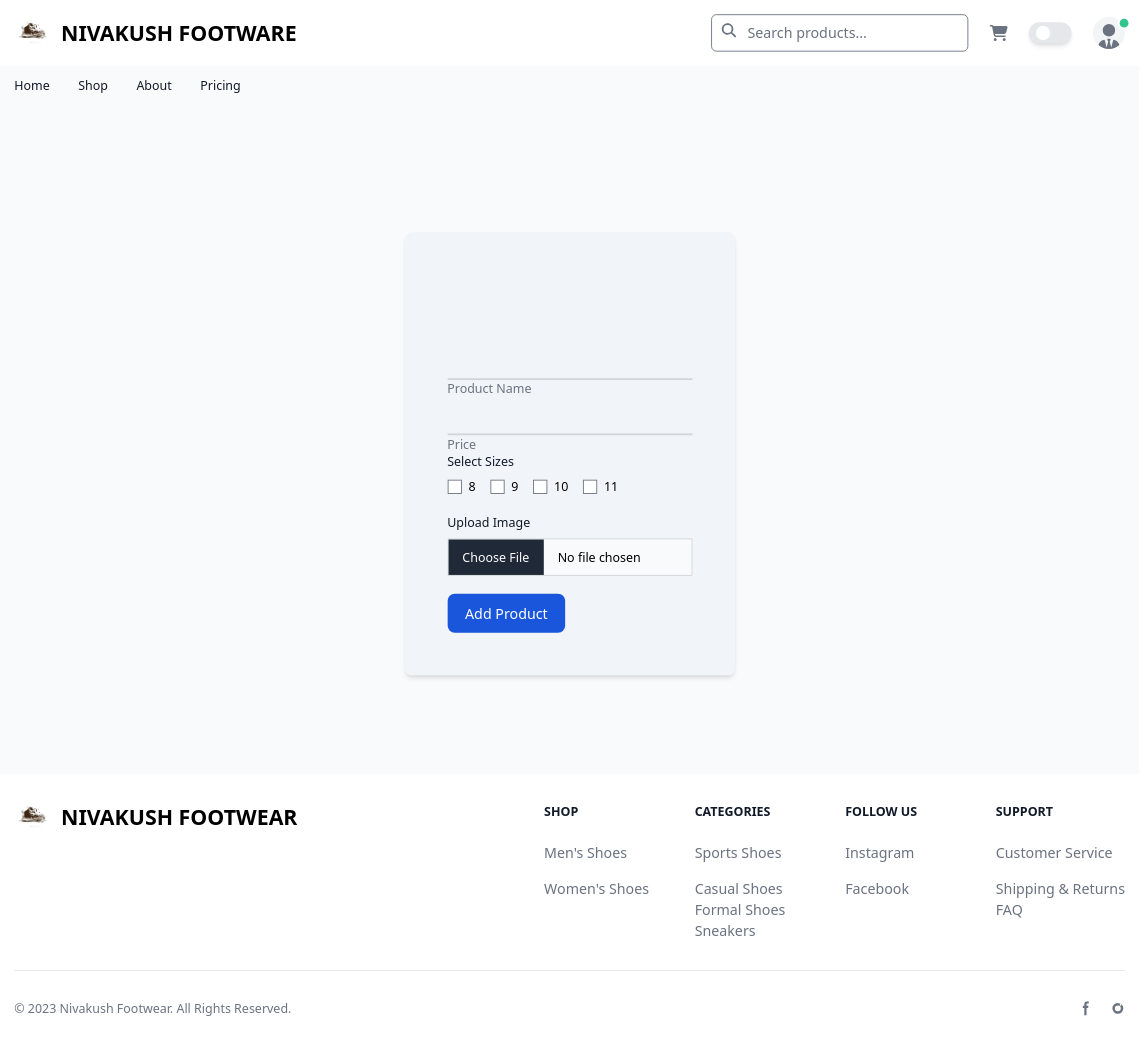
Repository: sibi24sibi/shoe-ecommerce
Page: /admin
The author's editor kept a copy of each file at every save. The page is drawn from the files as they stood at one save, then again after the next save.
The browser window is 1280 px wide. The pictures show the whole page, at 89% of full size.
Some web fonts or font styles are not loaded; a fallback is used. Some web libraries are served in a nearby version. The project was rebuilt for these pictures with package versions that can differ from the ones it lists, and the page was loaded fresh each time. Also part of the build but not shown: vite.config.js, src/Payment.jsx, src/Components/Products.jsx, src/Components/Carosel.jsx, src/Prod-page.jsx, src/Cart-page.jsx, src/ProductInfo.jsx, src/Aboutus.jsx and 3 more.

Above is the page before, as saved 2024-09-12 12:19:27.

### index.html
<!doctype html>
<html lang="en">
  <head>
    <meta charset="UTF-8" />
    <link rel="icon" type="image/svg+xml" href="/vite.svg" />
    <meta name="viewport" content="width=device-width, initial-scale=1.0" />
    <title>Vite + React</title>
    <script src="https://cdn.jsdelivr.net/npm/flowbite@2.5.1/dist/flowbite.min.js"></script>
    <link href="https://cdn.jsdelivr.net/npm/flowbite@2.5.1/dist/flowbite.min.css" rel="stylesheet" />
  </head>
  <body>
    <div id="root"></div>

    <script defer src="https://cdn.jsdelivr.net/npm/alpinejs@3.x.x/dist/cdn.min.js"></script>
    <script type="module" src="/src/main.jsx"></script>
  </body>
</html>

### src/main.jsx
import { StrictMode } from "react";
import { createRoot } from "react-dom/client";
import App from "./App.jsx";
import "./index.css";
import { BrowserRouter } from "react-router-dom";
import ShopContextProvider from "./Context/ShopContext.jsx";

createRoot(document.getElementById("root")).render(
  <BrowserRouter>
    <ShopContextProvider>
      <App />
    </ShopContextProvider>
  </BrowserRouter>
);

### src/App.jsx
import { Route, Routes } from "react-router-dom";
import "./App.css";
import { ToastContainer, toast } from "react-toastify";
import "react-toastify/dist/ReactToastify.css";
import Payment from "./Payment";
import Prodpage from "./Prod-page";
import NavBar from "./Components/NavBar";
import Footer from "./Components/Footer";

import Cartpage from "./Cart-page";
import ProductInfo from "./ProductInfo";
import About from "./Aboutus";
import Pricing from "./Pricing";
import Shop from "./Shop";
import AdminLogin from "./AdminLogin";
import Admin from "./Adminpage";
import ScrollToTop from "./ScrollToTop";

function App() {
  return (
    <>
      <div className="bg-slate-50 dark:bg-slate-950">
        <ToastContainer />

        <NavBar />
        <div className="  mx-auto md:max-w-screen-xl  max-w-screen-sm ">
          <ScrollToTop />
          <Routes>
            <Route path="/" element={<Prodpage />} />
            <Route
              path="/productInfo/:productInfoId"
              element={<ProductInfo />}
            />
            <Route path="/cart" element={<Cartpage />} />

            <Route path="/payment" element={<Payment />} />
            <Route path="/about" element={<About />} />
            <Route path="/pricing" element={<Pricing />} />
            <Route path="/shop" element={<Shop />} />
            <Route path="/login" element={<AdminLogin />} />
            <Route path="/admin" element={<Admin />} />
          </Routes>
        </div>
        <Footer />
      </div>
    </>
  );
}

export default App;

### src/Context/ShopContext.jsx
import React, { createContext, useState, useEffect } from "react";
import { productsdData } from "../assets/assets";
import { toast } from "react-toastify";

export const ShopContext = createContext();

const ShopContextProvider = (props) => {
  const [products, setProducts] = useState(productsdData);
  const [cartItems, setCartItems] = useState(() => {
    const savedCart = localStorage.getItem("cartItems");
    return savedCart ? JSON.parse(savedCart) : {};
  });

  useEffect(() => {
    localStorage.setItem("cartItems", JSON.stringify(cartItems));
  }, [cartItems]);

  useEffect(() => {
    localStorage.setItem("products", JSON.stringify(products));
  }, [products]);

  const addToCart = (itemId, size) => {
    if (!size) {
      toast.error("Select product size");
      return;
    }

    let cartData = structuredClone(cartItems);
    if (cartData[itemId]) {
      if (cartData[itemId][size]) {
        cartData[itemId][size] += 1;
      } else {
        cartData[itemId][size] = 1;
      }
    } else {
      cartData[itemId] = { [size]: 1 };
    }

    setCartItems(cartData);
    toast.success("Added to cart");
  };

  const addNewProduct = (newProduct) => {
    setProducts((prevProducts) => [...prevProducts, newProduct]);
    toast.success("New product added!");
  };

  const incrementQuantity = (itemId, size) => {
    let cartData = structuredClone(cartItems);
    if (cartData[itemId]) {
      if (cartData[itemId][size]) {
        cartData[itemId][size] += 1;
      } else {
        cartData[itemId][size] = 1;
      }
      setCartItems(cartData);
    }
  };

  const decrementQuantity = (itemId, size) => {
    let cartData = structuredClone(cartItems);
    if (cartData[itemId] && cartData[itemId][size]) {
      if (cartData[itemId][size] > 1) {
        cartData[itemId][size] -= 1;
      } else {
        delete cartData[itemId][size];
        if (Object.keys(cartData[itemId]).length === 0) {
          delete cartData[itemId];
        }
      }
      setCartItems(cartData);
    }
  };

  const deleteItem = (itemId, size) => {
    let cartData = structuredClone(cartItems);
    if (cartData[itemId] && cartData[itemId][size]) {
      delete cartData[itemId][size];
      if (Object.keys(cartData[itemId]).length === 0) {
        delete cartData[itemId];
      }
      setCartItems(cartData);
    }
  };

  const getCartCount = () => {
    let totalCount = 0;
    for (const item in cartItems) {
      for (const size in cartItems[item]) {
        totalCount += cartItems[item][size];
      }
    }
    return totalCount;
  };

  return (
    <ShopContext.Provider
      value={{
        products,
        cartItems,
        addToCart,
        addNewProduct,
        incrementQuantity,
        decrementQuantity,
        deleteItem,
        getCartCount,
      }}
    >
      {props.children}
    </ShopContext.Provider>
  );
};

export default ShopContextProvider;

### src/App.css
@import url('https://fonts.googleapis.com/css2?family=Playwrite+CU:wght@100..400&family=Unlock&display=swap');
.sticky-top {
    position: -webkit-sticky;
    position: sticky;
    top: 0;
    z-index: 1020;
}



.carosel-caption {
  font-family: "Unlock", serif;
  font-weight: 100;
  font-style: normal;
  letter-spacing:2px;
}

@media (max-width: 768px) {
    .Toastify__toast-container {
      top: auto !important;
      bottom: 0 !important;

    }
  }

### src/Components/NavBar.jsx
import { useState, useEffect, useContext } from "react";
import { FontAwesomeIcon } from "@fortawesome/react-fontawesome";
import {
  faCartShopping,
  faMoon,
  faSun,
  faSearch,
  faUserTie,
  faUser,
} from "@fortawesome/free-solid-svg-icons";
import { NavLink } from "react-router-dom";
import { assets } from "../assets/assets";
import { ShopContext } from "../Context/ShopContext";

function NavBar() {
  const [darkTheme, setDarkTheme] = useState(false);

  useEffect(() => {
    if (darkTheme) {
      document.documentElement.classList.add("dark");
    } else {
      document.documentElement.classList.remove("dark");
    }
  }, [darkTheme]);

  const toggleTheme = () => {
    setDarkTheme((prevTheme) => !prevTheme);
  };

  const { getCartCount } = useContext(ShopContext);

  return (
    <div className="mb-8 sticky-top">
      {/* Top Navbar */}
      <nav className="bg-white border-gray-200 dark:bg-gray-900">
        <div className="flex flex-wrap justify-between items-center mx-auto max-w-screen-2xl p-4">
          <a
            href="#"
            className="flex items-center space-x-3 rtl:space-x-reverse"
          >
            <img src={assets.Logo} className="h-8" alt="Shop Logo" />
            <span className="self-center text-xs/[0.2555rem] uppercase md:text-2xl    md:font-semibold  font-normal whitespace-nowrap dark:text-white">
              Nivakush Footware
            </span>
          </a>
          <div className="flex items-center space-x-6 rtl:space-x-reverse">
            {/* Search Bar */}
            <div className="relative hidden sm:block">
              <input
                type="text"
                placeholder="Search products..."
                className="pl-10 pr-4 py-2 border rounded-md dark:bg-gray-800 dark:text-white"
              />
              <FontAwesomeIcon
                icon={faSearch}
                className="absolute left-3 top-2.5 text-gray-500 dark:text-gray-400"
              />
            </div>

            <NavLink
              to="/cart"
              className="    text-gray-500 dark:text-white hover:underline relative"
            >
              <div className="flex items-center relative">
                <FontAwesomeIcon
                  icon={faCartShopping}
                  className=" text-sm md:text-lg"
                />
                {getCartCount() > 0 && (
                  <span className="absolute -top-1 -right-2 bg-red-500 text-white text-xs rounded-full w-4 h-4 flex items-center justify-center">
                    {getCartCount()}
                  </span>
                )}
              </div>
            </NavLink>

            <button
              onClick={toggleTheme}
              className="relative inline-flex items-center  text-sm md:text-lg p-1 bg-gray-200 dark:bg-gray-600 rounded-full md:w-12 md:h-6 w-6   h-3 transition-colors duration-300 focus:outline-none shadow-md"
            >
              <span
                className={`absolute inline-block md:w-4 md:h-4 w-2 h-2 bg-white dark:bg-gray-300 rounded-full transition-transform transform ${
                  darkTheme
                    ? "translate-x-3 md:translate-x-6"
                    : "translate-x-0 md:translate-x-1"
                }`}
              />
              <span className="sr-only">Toggle Theme</span>
            </button>

            <NavLink
              to="/login "
              className="text-sm text-gray-500   md:text-lg dark:text-white hover:underline"
            >
              <div className="relative">
                <div className="relative md:w-9 md:h-9 w-5  h-5 text-center overflow-hidden bg-gray-100 rounded-full dark:bg-gray-600">
                  <FontAwesomeIcon
                    icon={faUserTie}
                    className=" md:w-7 md:h-7   translate-y-[0.15rem] md:translate-y-2"
                  />
                </div>
                <span className="top-0 left-4 absolute   w-2 h-2 bg-green-400 border-2 border-white dark:border-gray-800  block md:hidden rounded-full"></span>
                <span className="top-0 left-7 absolute  w-3.5 h-3.5 bg-green-400 border-2 border-white dark:border-gray-800  hidden md:block rounded-full"></span>
              </div>
            </NavLink>
          </div>
        </div>
      </nav>

      {/* Bottom Navbar */}
      <nav className="bg-gray-50 dark:bg-gray-700 sticky top-0 z-50">
        <div className="max-w-screen-xl px-4 py-3 mx-auto">
          <ul className="flex flex-row font-medium mt-0 space-x-8 rtl:space-x-reverse text-sm">
            <li>
              <NavLink
                to="/"
                className="text-gray-900 dark:text-white hover:underline"
                aria-current="page"
              >
                Home
              </NavLink>
            </li>
            <li>
              <NavLink
                to="/shop"
                className="text-gray-900 dark:text-white hover:underline"
              >
                Shop
              </NavLink>
            </li>
            <li>
              <NavLink
                to="/about"
                className="text-gray-900 dark:text-white hover:underline"
              >
                About
              </NavLink>
            </li>
            <li>
              <NavLink
                to="/pricing"
                className="text-gray-900 dark:text-white hover:underline"
              >
                Pricing
              </NavLink>
            </li>
          </ul>
        </div>
      </nav>
    </div>
  );
}

export default NavBar;

### src/Components/Footer.jsx
import React from "react";
import { assets } from "../assets/assets";

function Footer() {
  return (
    <>
      <footer className="bg-white dark:bg-gray-900">
        <div className="mx-auto w-full max-w-screen p-4 py-6 lg:py-8">
          <div className="md:flex md:justify-between">
            <div className="mb-6 md:mb-0">
              <a href="/" className="flex items-center">
                <img
                  src={assets.Logo}
                  className="h-8 me-3"
                  alt="Nivakush Logo"
                />
                <span className="self-center text-sm uppercase md:text-2xl font-semibold whitespace-nowrap dark:text-white">
                  Nivakush Footwear
                </span>
              </a>
            </div>
            <div className="grid grid-cols-2 gap-8 sm:gap-6 sm:grid-cols-4">
              <div>
                <h2 className="mb-6 text-sm font-semibold text-gray-900 uppercase dark:text-white">
                  Shop
                </h2>
                <ul className="text-gray-500 dark:text-gray-400 font-medium">
                  <li className="mb-4">
                    <a href="#" className="hover:underline">
                      Men's Shoes
                    </a>
                  </li>
                  <li>
                    <a href="#" className="hover:underline">
                      Women's Shoes
                    </a>
                  </li>
                </ul>
              </div>
              <div>
                <h2 className="mb-6 text-sm font-semibold text-gray-900 uppercase dark:text-white">
                  Categories
                </h2>
                <ul className="text-gray-500 dark:text-gray-400 font-medium">
                  <li className="mb-4">
                    <a href="#" className="hover:underline">
                      Sports Shoes
                    </a>
                  </li>
                  <li>
                    <a href="#" className="hover:underline">
                      Casual Shoes
                    </a>
                  </li>
                  <li>
                    <a href="#" className="hover:underline">
                      Formal Shoes
                    </a>
                  </li>
                  <li>
                    <a href="#" className="hover:underline">
                      Sneakers
                    </a>
                  </li>
                </ul>
              </div>
              <div>
                <h2 className="mb-6 text-sm font-semibold text-gray-900 uppercase dark:text-white">
                  Follow us
                </h2>
                <ul className="text-gray-500 dark:text-gray-400 font-medium">
                  <li className="mb-4">
                    <a href="#" className="hover:underline">
                      Instagram
                    </a>
                  </li>
                  <li>
                    <a href="#" className="hover:underline">
                      Facebook
                    </a>
                  </li>
                </ul>
              </div>

              <div>
                <h2 className="mb-6 text-sm font-semibold text-gray-900 uppercase dark:text-white">
                  Support
                </h2>
                <ul className="text-gray-500 dark:text-gray-400 font-medium">
                  <li className="mb-4">
                    <a href="#" className="hover:underline">
                      Customer Service
                    </a>
                  </li>
                  <li>
                    <a href="#" className="hover:underline">
                      Shipping & Returns
                    </a>
                  </li>
                  <li>
                    <a href="#" className="hover:underline">
                      FAQ
                    </a>
                  </li>
                </ul>
              </div>
            </div>
          </div>
          <hr className="my-6 border-gray-200 sm:mx-auto dark:border-gray-700 lg:my-8" />
          <div className="sm:flex sm:items-center sm:justify-between">
            <span className="text-sm text-gray-500 sm:text-center dark:text-gray-400">
              © 2023 Nivakush Footwear. All Rights Reserved.
            </span>
            <div className="flex mt-4 sm:justify-center sm:mt-0">
              <a
                href="#"
                className="text-gray-500 hover:text-gray-900 dark:hover:text-white"
              >
                <svg
                  className="w-4 h-4"
                  aria-hidden="true"
                  xmlns="http://www.w3.org/2000/svg"
                  fill="currentColor"
                  viewBox="0 0 8 19"
                >
                  <path
                    fillRule="evenodd"
                    d="M6.135 3H8V0H6.135a4.147 4.147 0 0 0-4.142 4.142V6H0v3h2v9.938h3V9h2.021l.592-3H5V3.591A.6.6 0 0 1 5.592 3h.543Z"
                    clipRule="evenodd"
                  />
                </svg>
                <span className="sr-only">Facebook page</span>
              </a>
              <a
                href="#"
                className="text-gray-500 hover:text-gray-900 dark:hover:text-white ms-5"
              >
                <svg
                  className="w-4 h-4"
                  aria-hidden="true"
                  xmlns="http://www.w3.org/2000/svg"
                  fill="currentColor"
                  viewBox="0 0 20 20"
                >
                  <path
                    fillRule="evenodd"
                    d="M10 2.3A7.7 7.7 0 1 0 17.7 10 7.7 7.7 0 0 0 10 2.3Zm4.2 7.7a4.2 4.2 0 1 1-8.4 0 4.2 4.2 0 0 1 8.4 0ZM15 5a1.25 1.25 0 1 1-2.5 0A1.25 1.25 0 0 1 15 5Z"
                    clipRule="evenodd"
                  />
                </svg>
                <span className="sr-only">Instagram page</span>
              </a>
            </div>
          </div>
        </div>
      </footer>
    </>
  );
}

export default Footer;

### src/Adminpage.jsx
import React, { useContext, useState } from "react";
import { ShopContext } from "./Context/ShopContext"; // Import the context

function AddProductForm() {
  const { addNewProduct } = useContext(ShopContext); // Get the addNewProduct function from context

  const [productName, setProductName] = useState("");
  const [price, setPrice] = useState("");
  const [selectedSizes, setSelectedSizes] = useState([]);
  const [image, setImage] = useState(null);

  const handleSizeChange = (e) => {
    const size = e.target.value;
    setSelectedSizes((prevSizes) =>
      prevSizes.includes(size)
        ? prevSizes.filter((s) => s !== size)
        : [...prevSizes, size]
    );
  };

  const generateRandomId = () => {
    return Math.floor(Math.random() * 1000000) + Date.now();
  };

  const handleImageUpload = (e) => {
    setImage(e.target.files[0]);
  };

  const handleSubmit = (e) => {
    e.preventDefault();
    const newProduct = {
      _id: generateRandomId(),
      name: productName,
      image: image ? URL.createObjectURL(image) : null,
      price: parseFloat(price),
      size: selectedSizes,
      description:
        "This shoe is made with a breathable cushioning for comfort and support. It's designed for indoor use, perfect for play or sports.",
      rating: 4.5,
      reviews: 120,
      brand: "Gazelle",
      manufacturingDetails: {
        country: "China",
        material: "Synthetic, Rubber",
        year: "2023",
      },
      warranty: "6 months manufacturer warranty",
      additionalFeatures: [
        "Chunky sole for added style",
        "Synthetic upper with bold color blocks",
        "Rubber outsole for durability",
      ],
    };

    addNewProduct(newProduct); // Add the product to the context
  };

  return (
    <div className="flex justify-center items-center h-screen">
      <form
        className="max-w-md  dark:bg-slate-800 bg-slate-100 p-12 mx-8  rounded-lg shadow-md "
        onSubmit={handleSubmit}
      >
        <h2 className="  text-slate-100 text-center text-3xl  font-bold my-5">
          ADD PRODUCT
        </h2>
        <div className="relative z-0 w-full mb-5 group">
          <input
            type="text"
            name="product_name"
            id="product_name"
            className="block py-2.5  w-full text-sm dark:text-gray-100 px-2 text-gray-900 bg-transparent border-0 border-b-2 border-gray-300"
            placeholder=" "
            value={productName}
            onChange={(e) => setProductName(e.target.value)}
            required
          />
          <label
            htmlFor="product_name"
            className="absolute text-sm text-gray-500"
          >
            Product Name
          </label>
        </div>

        <div className="relative z-0 w-full mb-5 group">
          <input
            type="number"
            name="price"
            id="price"
            className="block py-2.5  w-full text-sm dark:text-gray-100 px-2 text-gray-900 bg-transparent border-0 border-b-2 border-gray-300"
            placeholder=" "
            value={price}
            onChange={(e) => setPrice(e.target.value)}
            required
          />
          <label htmlFor="price" className="absolute text-sm text-gray-500">
            Price
          </label>
        </div>

        <div className="mb-5">
          <label className="block text-sm font-medium dark:text-gray-100  text-gray-900 mb-2">
            Select Sizes
          </label>
          <div className="flex gap-4">
            {["8", "9", "10", "11"].map((size) => (
              <div key={size} className="flex items-center">
                <input
                  type="checkbox"
                  id={`size_${size}`}
                  value={size}
                  onChange={handleSizeChange}
                  className="mr-2"
                />
                <label
                  htmlFor={`size_${size}`}
                  className="text-sm dark:text-gray-100 "
                >
                  {size}
                </label>
              </div>
            ))}
          </div>
        </div>

        <div className="mb-5">
          <label className="block text-sm font-medium text-gray-900 mb-2 dark:text-gray-100 ">
            Upload Image
          </label>
          <input
            type="file"
            accept="image/*"
            onChange={handleImageUpload}
            className="block w-full text-sm bg-gray-50 border border-gray-300"
          />
        </div>

        <button
          type="submit"
          className="text-white bg-blue-700 hover:bg-blue-800 px-5 py-2.5 rounded-lg"
        >
          Add Product
        </button>
      </form>
    </div>
  );
}

export default AddProductForm;

Loaded but not shown: src/index.css (common file); src/ScrollToTop.js (common file); tailwind.config.js (common file); src/assets/assets.js (313 lines, source omitted)

After the next save:
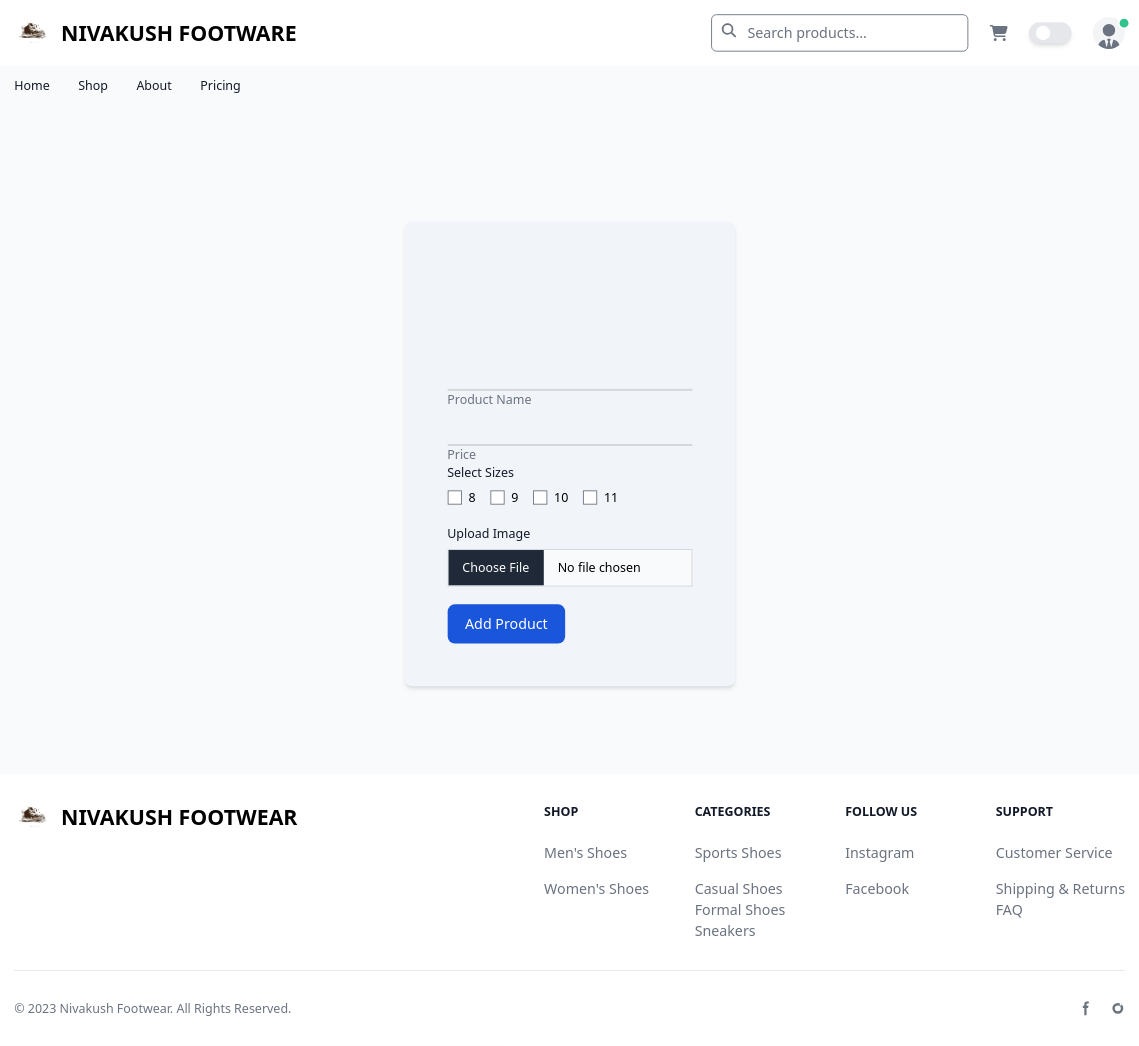
Saved 4 s later.
--- a/src/Adminpage.jsx
+++ b/src/Adminpage.jsx
@@ -61,7 +61,7 @@ function AddProductForm() {
         className="max-w-md  dark:bg-slate-800 bg-slate-100 p-12 mx-8  rounded-lg shadow-md "
         onSubmit={handleSubmit}
       >
-        <h2 className="  text-slate-100 text-center text-3xl  font-bold my-5">
+        <h2 className="  text-slate-100 text-center text-3xl  font-bold my-8">
           ADD PRODUCT
         </h2>
         <div className="relative z-0 w-full mb-5 group">
